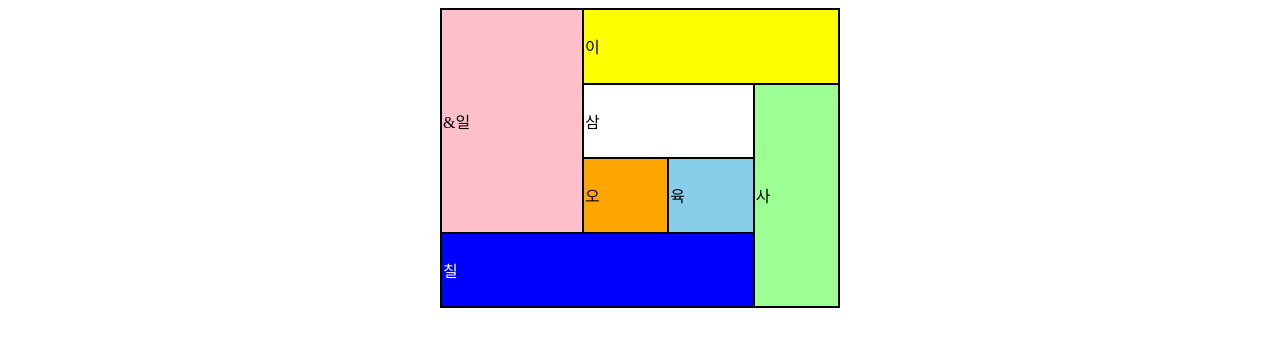
Repository: song-bean/Web_song
Page: 01_HTML/src/main/webapp/Ex11_table.html
These files come from the project's save history. The page is drawn as it stood at one moment and after the next save; the edit follows.
The browser window is 1280 px wide. The pictures show the whole page.

Above is the page before, as saved 2023-02-22 05:35:12.

After the next save:
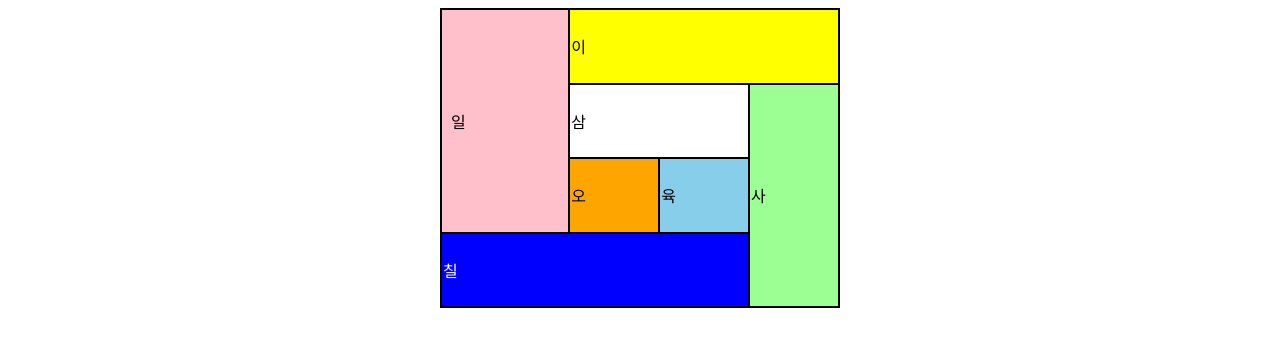
Saved 12 s later.
--- a/01_HTML/src/main/webapp/Ex11_table.html
+++ b/01_HTML/src/main/webapp/Ex11_table.html
@@ -8,7 +8,7 @@
 	<table border="1" width="400" height="300" align="center" bordercolor="black"
 			cellspacing="0">
 		<tr>
-			<td bgcolor="pink" rowspan="3">&일</td>
+			<td bgcolor="pink" rowspan="3">&nbsp;&nbsp;일</td>
 			<td bgcolor="yellow" colspan="3">이</td>
 		</tr>
 		<tr>
